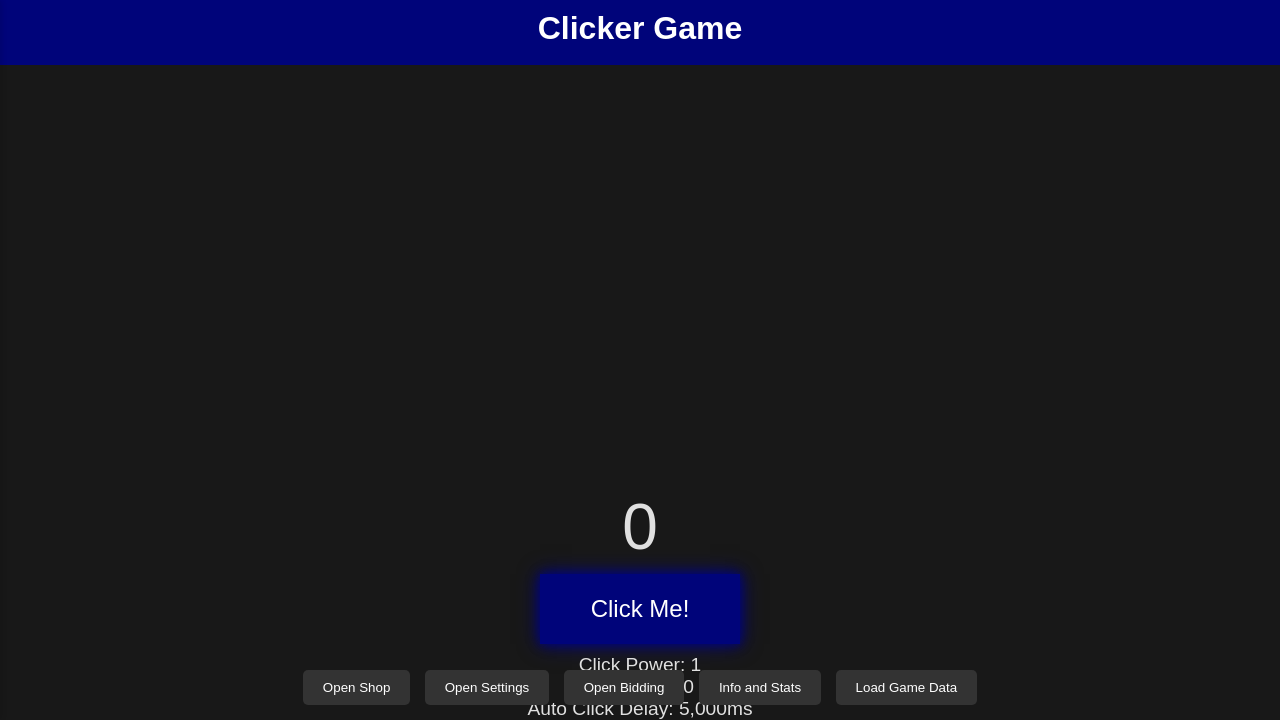
Repository: CyberPhantom532/ClickerGame
Page: index.html
The author's editor kept a copy of each file at every save. The page is drawn from the files as they stood at one save, then again after the next save.
The browser window is 1280 px wide. The pictures show the whole page.

Above is the page before, as saved 2025-02-02 10:17:07.

After the next save:
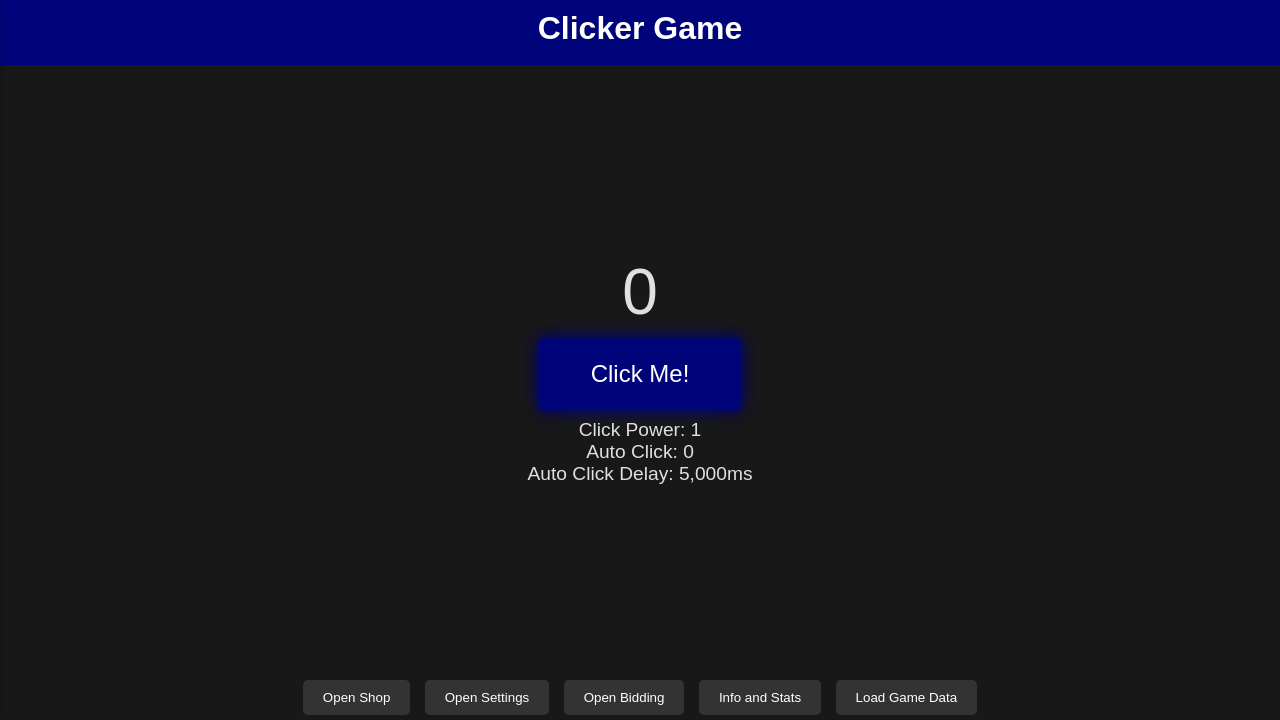
Saved 4 s later.
--- a/style.css
+++ b/style.css
@@ -104,8 +104,8 @@ main {
 #shop {
   position: fixed;
   top: 0;
-  left: -300px;
-  width: 300px;
+  left: -325px;
+  width: 325px;
   height: 100%;
   background-color: #282828;
   border-top-right-radius: 0px;
@@ -116,6 +116,11 @@ main {
   overflow: scroll;
 }
 
+#shop h3 {
+  margin-top: 10px;
+  margin-bottom: 10px;
+}
+
 #shop h2 {
   margin-bottom: 15px;
 }
@@ -126,17 +131,11 @@ main {
   height: 75px;
   overflow-y: hidden;
   margin-bottom: 10px;
-  padding: 10px;
-  font-size: 1.2rem;
-  color: black;
-  border: none;
-  border-radius: 0px;
-  cursor: pointer;
-  transition: scale 0.01s ease;
-}
-
-#shop .upgrade:hover {
-  outline: 2px solid white;
+  font-size: 1.2rem;
+  color: black;
+  border: none;
+  border-radius: 0px;
+  cursor: pointer;
 }
 
 #shop .upgrade:active {
@@ -155,6 +154,11 @@ main {
   border-radius: 0px;
   cursor: pointer;
   overflow: hidden;
+  width: 100px;
+  height: 50px;
+  display: flex;
+  justify-content: center;
+  align-items: center;
 }
 
 #shop-navigation {
@@ -189,7 +193,7 @@ main {
 }
 
 #shop.visible {
-  transform: translateX(300px);
+  transform: translateX(325px);
 }
 
 #settings.visible #code {
@@ -303,10 +307,8 @@ main {
 }
 
 #toggleButtons {
-  position: fixed;
   text-align: center;
   margin-top: 20px;
-  bottom: 10px;
 }
 
 #toggleButtons button {
@@ -319,6 +321,10 @@ main {
   cursor: pointer;
 }
 
+#toggleButtons button.highlight {
+  animation: highlight 0.2s linear;
+}
+
 #toggleButtons button:hover {
   background-color: #555;
 }
@@ -330,7 +336,7 @@ main {
 @keyframes flashGreen {
   0%,
   100% {
-    color: #333;
+    color: white;
   }
   50% {
     color: green;
@@ -494,7 +500,15 @@ main {
 }
 
 #infoZone h2 {
-  margin-bottom: 15px;
+  margin-bottom: 10px;
+  margin-top: 10px;
+  font-size: 1.25rem;
+}
+
+#infoZone h3 {
+  margin-bottom: 10px;
+  margin-top: 10px;
+  font-size: 1.75rem;
 }
 
 #infoZone button {
@@ -548,6 +562,18 @@ button {
   }
   100% {
     box-shadow: 0 0 10px #00047a, 0 0 20px #00047a;
+  }
+}
+
+@keyframes highlight {
+  0% {
+    box-shadow: 0 0 10px #eafa05, 0 0 20px #a29501;
+  }
+  50% {
+    box-shadow: 0 0 20px #eafa05, 0 0 20px #a29501;
+  }
+  100% {
+    box-shadow: 0 0 10px #eafa05, 0 0 20px #a29501;
   }
 }
 
